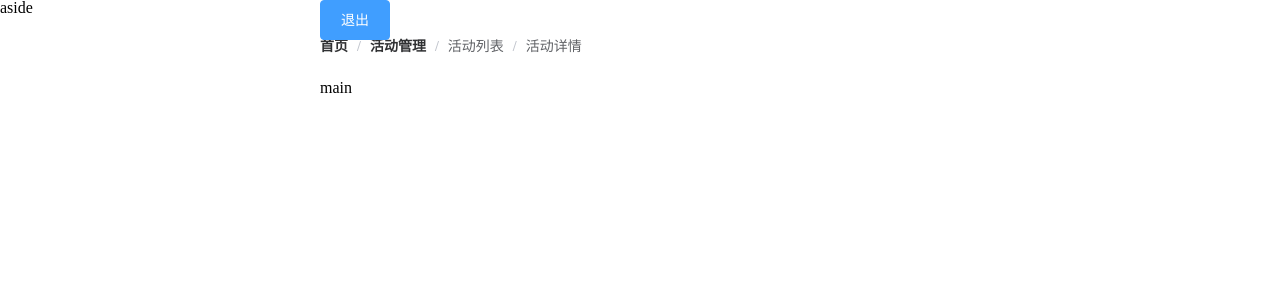
Repository: code1379/vue2-element
Page: /#/ (app in element-admin/)
These files come from the project's save history. The page is drawn as it stood at one moment and after the next save; the edit follows.
The browser window is 1280 px wide. The pictures show the whole page.
The project was rebuilt for these pictures with package versions that can differ from the ones it lists, and the page was loaded fresh each time. Also part of the build but not shown: element-admin/vue.config.js.

Above is the page before, as saved 2021-06-14 22:09:24.

After the next save:
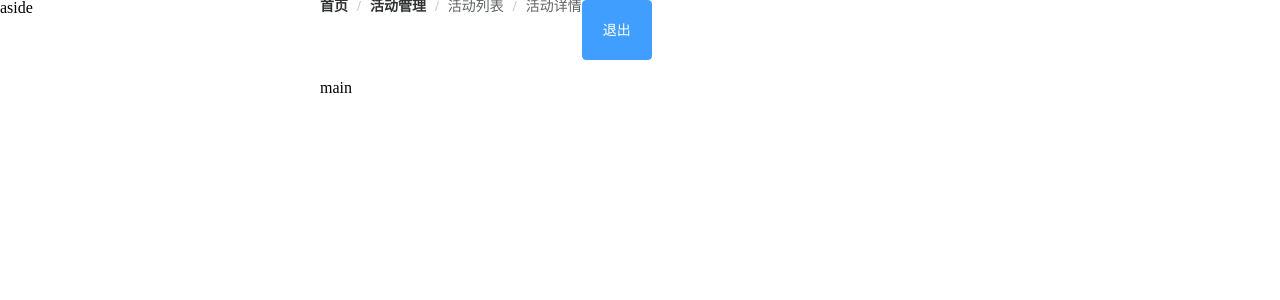
Saved 15 s later.
--- a/element-admin/src/views/home/Home.vue
+++ b/element-admin/src/views/home/Home.vue
@@ -3,9 +3,6 @@
     <el-aside> aside </el-aside>
     <el-container>
       <el-header class="header">
-        <!-- 退出 -->
-        <el-button type="primary" class="exit">退出</el-button>
-
         <!-- 面包屑 -->
         <el-breadcrumb separator="/">
           <el-breadcrumb-item :to="{ path: '/' }">首页</el-breadcrumb-item>
@@ -13,6 +10,8 @@
           <el-breadcrumb-item>活动列表</el-breadcrumb-item>
           <el-breadcrumb-item>活动详情</el-breadcrumb-item>
         </el-breadcrumb>
+        <!-- 退出 -->
+        <el-button type="primary" class="exit">退出</el-button>
       </el-header>
       <el-main>main</el-main>
     </el-container>
@@ -29,4 +28,7 @@ export default {
 .home {
   height: 100vh;
 }
+.header {
+  display: flex;
+}
 </style>
